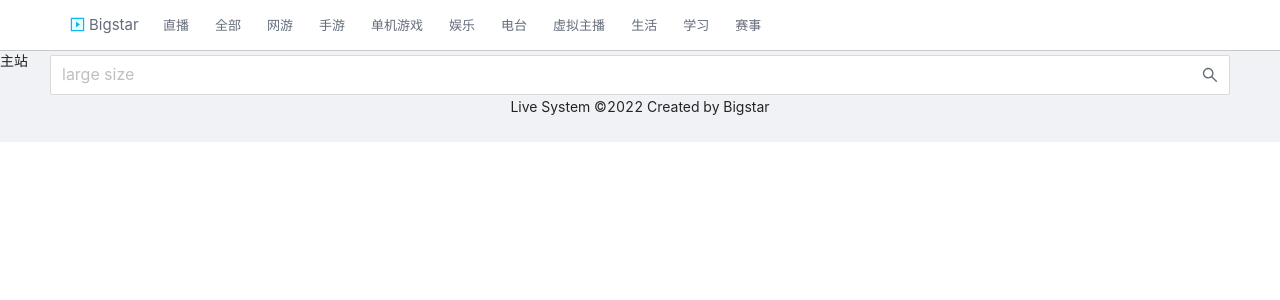
Repository: Bigstar-hyx/webrtc-react
Page: /
The author's editor kept a copy of each file at every save. The page is drawn from the files as they stood at one save, then again after the next save.
The browser window is 1280 px wide. The pictures show the whole page.
The project was rebuilt for these pictures with package versions that can differ from the ones it lists, and the page was loaded fresh each time. Also part of the build but not shown: craco.config.js, webpack.config.js, src/pages/live/Index.css, src/pages/live/component/Content/Video/video.css, src/pages/live/component/Content/Video/Video.js, src/pages/live/component/Content/Comments/comments.css, src/pages/live/component/Content/Comments/TalkSend.js, src/pages/live/component/Content/Comments/Talk.js and 6 more.

Above is the page before, as saved 2022-01-30 16:55:02.

After the next save:
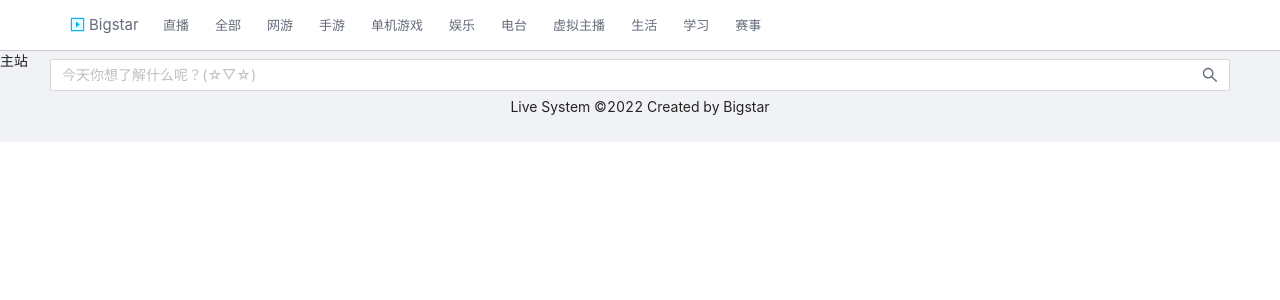
Saved 40 s later.
--- a/src/top/component/TopSearch.js
+++ b/src/top/component/TopSearch.js
@@ -15,7 +15,11 @@ const suffix = (
 function TopSearch() {
   return (
     <div>
-      <Input size="large" placeholder="large size" suffix={suffix} />
+      <Input
+        // size="large"
+        placeholder="今天你想了解什么呢？(☆▽☆)"
+        suffix={suffix}
+      />
     </div>
   )
 }
